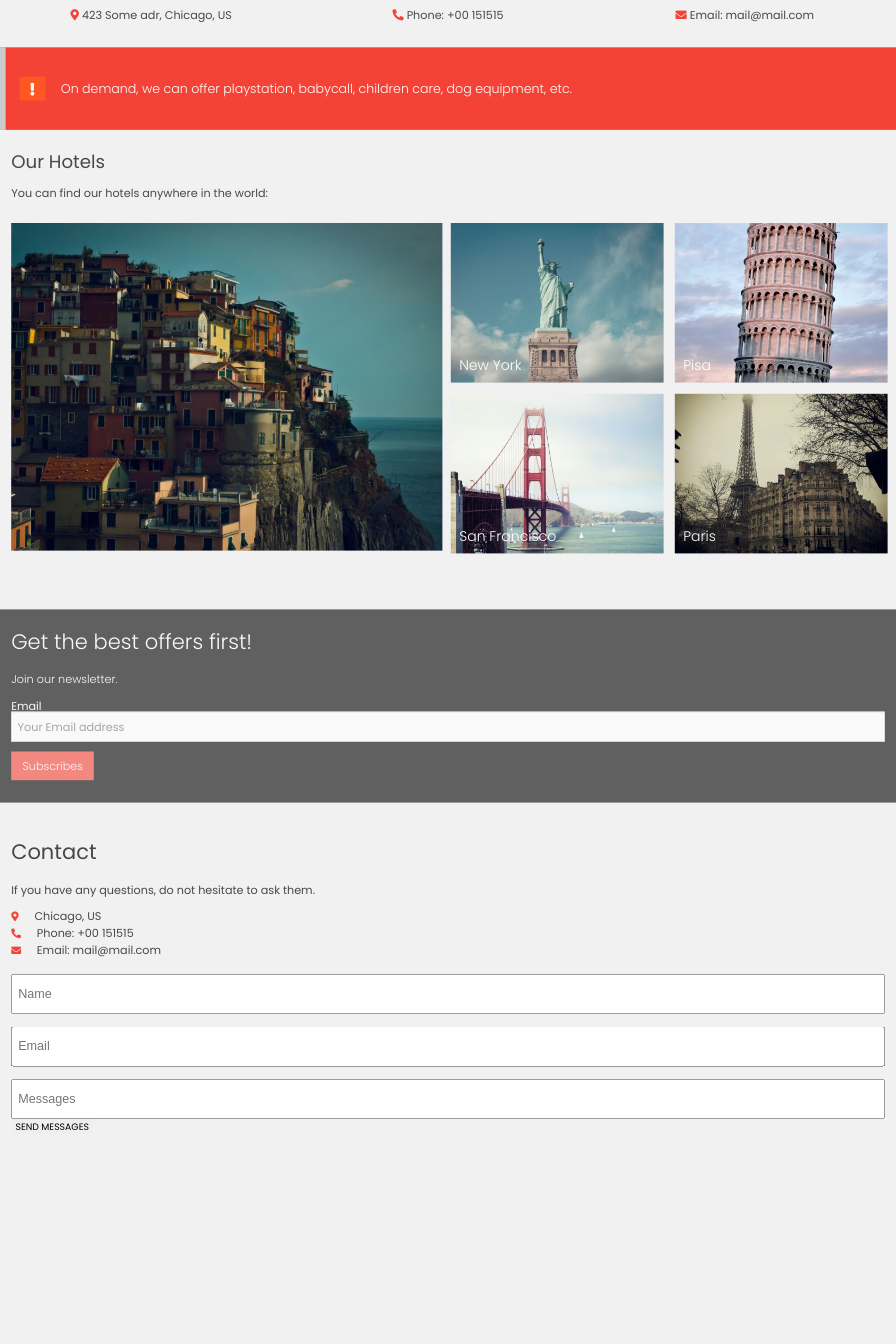
Repository: phamhuuloc/Travel_Template
Page: index.html
The author's editor kept a copy of each file at every save. The page is drawn from the files as they stood at one save, then again after the next save.
The browser window is 1280 px wide. The pictures show the part of the page from y = 2042 to 3962 px (the page is 3962 px tall), at 70% of full size.
The style sheet was rebuilt from its Sass, Less or Tailwind sources for each picture, by a compiler version that may differ from the author's.

Above is the page before, as saved 2021-09-18 19:57:49.

### index.html
<!DOCTYPE html>
<html lang="en">
  <head>
    <meta charset="UTF-8" />
    <meta http-equiv="X-UA-Compatible" content="IE=edge" />
    <meta name="viewport" content="width=device-width, initial-scale=1.0" />
    <title>Document</title>
    <!-- FONT AWESOME -->
    <link
      rel="stylesheet"
      href="https://cdnjs.cloudflare.com/ajax/libs/font-awesome/5.15.4/css/all.min.css"
      integrity="sha512-1ycn6IcaQQ40/MKBW2W4Rhis/DbILU74C1vSrLJxCq57o941Ym01SwNsOMqvEBFlcgUa6xLiPY/NS5R+E6ztJQ=="
      crossorigin="anonymous"
      referrerpolicy="no-referrer"
    />
    <!-- GOOGLE FONT -->
    <link
      href="https://fonts.googleapis.com/css2?family=Poppins:wght@50;300;400&display=swap"
      rel="stylesheet"
    />
    <!-- CSS -->
    <link rel="stylesheet" href="./assets/resets.css" />
    <link rel="stylesheet" href="./assets/grid.css" />
    <link rel="stylesheet" href="./assets/main.css" />
  </head>
  <body>
    <div class="grids">
      <header class="header">
        <div class="logo">
          <i class="fas fa-bed logo__icon"></i>
          Logo
        </div>
        <div class="header__menu">
          <ul class="header__menu-list">
            <li class="header__menu-item">Rooms</li>
            <li class="header__menu-item">About</li>
            <li class="header__menu-item">Contact</li>
          </ul>
          <button class="btn book-btn">Book Nows</button>
        </div>
      </header>
      <section class="intro">
        <img src="./assets/img/hotel.jpg" alt="" class="intro__img" />
        <form class="form-login">
          <div class="form-login__heading">
            <i class="fas fa-bed logo__icon intro-icon"></i>
            <h2 class="form-login__name">Hotel name</h2>
          </div>
          <div class="form-container">
            <div class="row">
              <div class="form__item col l-6">
                <label class="form__item-category">
                  <i class="far fa-calendar form__item-icon"></i>
                  Check Ins
                </label>
                <input
                  type="text"
                  class="form__item-input"
                  placeholder="DD MM YY"
                />
              </div>
              <div class="form__item col l-6">
                <label class="form__item-category">
                  <i class="far fa-calendar form__item-icon"></i>
                  Check Out
                </label>
                <input
                  type="text"
                  class="form__item-input"
                  placeholder="DD MM YY"
                />
              </div>
            </div>
            <div class="row">
              <div class="form__item col l-6">
                <label class="form__item-category">
                  <i class="fas fa-male form__item-icon"></i>
                  Adults
                </label>
                <input
                  type="number"
                  value="1"
                  min="1"
                  max="6"
                  class="form__item-input"
                />
              </div>
              <div class="form__item col l-6">
                <label class="form__item-category">
                  <i class="fas fa-child form__item-icon"></i>
                  Kids
                </label>
                <input
                  type="number"
                  value="0"
                  min="0"
                  max="6"
                  class="form__item-input"
                />
              </div>
            </div>
            <button class="search-btn">
              <i class="fas fa-search search-icon"></i>Search availability
            </button>
          </div>
        </form>
      </section>

      <section class="option-room">
        <div class="option-container">
          <h3 class="option-container__title">Rooms</h3>
          <span class="option-container__desc"
            >Make yourself at home is our slogan. We offer the best beds in the
            industry. Sleep well and rest well.</span
          >
          <!-- FORM LOGIN  -->
          <div class="form-container option-container__form">
            <div class="row">
              <div class="form__item col l-3">
                <label class="form__item-category">
                  <i class="far fa-calendar form__item-icon"></i>
                  Check Ins
                </label>
                <input
                  type="text"
                  class="form__item-input"
                  placeholder="DD MM YY"
                />
              </div>
              <div class="form__item col l-3">
                <label class="form__item-category">
                  <i class="far fa-calendar form__item-icon"></i>
                  Check Out
                </label>
                <input
                  type="text"
                  class="form__item-input"
                  placeholder="DD MM YY"
                />
              </div>
              <div class="form__item col l-2">
                <label class="form__item-category">
                  <i class="fas fa-male form__item-icon"></i>
                  Adults
                </label>
                <input
                  type="number"
                  value="1"
                  min="1"
                  max="6"
                  class="form__item-input"
                />
              </div>
              <div class="form__item col l-2">
                <label class="form__item-category">
                  <i class="fas fa-child form__item-icon"></i>
                  Kids
                </label>
                <input
                  type="number"
                  value="0"
                  min="0"
                  max="6"
                  class="form__item-input"
                />
              </div>
              <!-- BUTTON F0RM LOGIN -->
              <div class="form__item col l-2">
                <label class="form__item-category">
                  <i class="fas fa-search"></i> Search</label
                >
                <button class="search-btn search-btn--full">Search</button>
              </div>
            </div>
          </div>
          <div class="category-room">
            <ul class="category-room__list row">
              <li class="category-room__item col l-4">
                <img
                  src="./assets/img/room_single.jpg"
                  alt=""
                  class="category-room__img"
                />
                <div class="category-room__details">
                  <h3 class="category-room__title">Single Room</h3>
                  <span class="category-room__price">From $99</span>
                  <span class="category-room__charac">Single bed</span>
                  <span class="category-room__area">15m<sup>2</sup></span>
                  <span class="category-room__function">
                    <i class="fas fa-phone-alt"></i>
                    <i class="fas fa-wifi"></i>
                    <i class="fas fa-tv"></i>
                    <i class="fas fa-bath"></i>
                  </span>
                  <button class="btn btn-choose">Choose Room</button>
                </div>
              </li>
              <li class="category-room__item col l-4">
                <img
                  src="./assets/img/room_double.jpg"
                  alt=""
                  class="category-room__img"
                />
                <div class="category-room__details">
                  <h3 class="category-room__title">Double Room</h3>
                  <span class="category-room__price">From $99</span>
                  <span class="category-room__charac">Single bed</span>
                  <span class="category-room__area">25m<sup>2</sup></span>
                  <span class="category-room__function">
                    <i class="fas fa-phone-alt"></i>
                    <i class="fas fa-wifi"></i>
                    <i class="fas fa-tv"></i>
                    <i class="fas fa-bath"></i>
                  </span>
                  <button class="btn btn-choose">Choose Room</button>
                </div>
              </li>
              <li class="category-room__item col l-4">
                <img
                  src="./assets/img/room_deluxe.jpg"
                  alt=""
                  class="category-room__img"
                />
                <div class="category-room__details">
                  <h3 class="category-room__title">Deluxe Room</h3>
                  <span class="category-room__price">From $99</span>
                  <span class="category-room__charac">Single bed</span>
                  <span class="category-room__area">40m<sup>2</sup></span>
                  <span class="category-room__function">
                    <i class="fas fa-phone-alt"></i>
                    <i class="fas fa-wifi"></i>
                    <i class="fas fa-tv"></i>
                    <i class="fas fa-bath"></i>
                  </span>
                  <button class="btn btn-choose">Choose Room</button>
                </div>
              </li>
            </ul>
          </div>
        </div>
      </section>
      <section class="local">
        <div class="row">
          <div class="local__container col l-4">
            <h4 class="local__title">About</h4>
            <p class="local__detail">
              Our hotel is one of a kind. It is truely amazing. Lorem ipsum
              dolor sit amet, consectetur adipiscing elit, sed do eiusmod tempor
              incididunt ut labore et dolore magna aliqua. Ut enim ad minim
              veniam, quis nostrud exercitation ullamco laboris nisi ut aliquip
              ex ea commodo consequat. Duis aute irure dolor in reprehenderit in
              voluptate velit esse cillum dolore eu fugiat nulla pariatur.
              Excepteur sint occaecat cupidatat non proident, sunt in culpa qui
              officia deserunt mollit anim id est laborum consectetur adipiscing
              elit, sed do eiusmod tempor incididunt ut labore et dolore magna
              aliqua. Ut enim ad minim veniam.
            </p>
            <p class="local__payment-methods">
              We accept:
              <i class="fab fa-cc-paypal local__payment-icon"></i>
              <i class="fab fa-cc-amex local__payment-icon"></i>
            </p>
          </div>
          <img src="./assets/img/map.jpg" alt="" class="col l-8 local__img" />
        </div>
        <div class="local__contact row">
          <div class="local__contact-item col l-4">
            <i class="fas fa-map-marker-alt local__contact-icon"></i>
            423 Some adr, Chicago, US
          </div>
          <div class="local__contact-item col l-4">
            <i class="fas fa-phone-alt local__contact-icon"></i>
            Phone: +00 151515
          </div>
          <div class="local__contact-item col l-4">
            <i class="fas fa-envelope local__contact-icon"></i>
            Email: mail@mail.com
          </div>
        </div>
      </section>
      <div class="demand">
        <i class="fas fa-exclamation demand__icon"></i>
        <p class="demand__desc">
          On demand, we can offer playstation, babycall, children care, dog
          equipment, etc.
        </p>
      </div>
      <section class="our-hotels">
        <h3 class="our-hotels__title">Our Hotels</h3>
        <p class="our-hotels__desc">
          You can find our hotels anywhere in the world:
        </p>
        <div class="row sm-gutter">
          <div class="col l-6">
            <img
              src="./assets/img/cinqueterre.jpg"
              alt=""
              class="our-hotel__img"
            />
          </div>
          <div class="col l-6">
            <div class="our-hotel__extend">
              <div class="row our-hotels__extend-item">
                <div class="our-hotels__container col l-6">
                  <img src="./assets/img/newyork2.jpg" alt="" class="" />
                  <span class="our-hotels__container-name">New York</span>
                </div>
                <div class="our-hotels__container col l-6">
                  <img src="./assets/img/pisa.jpg" alt="" class="" />
                  <span class="our-hotels__container-name">Pisa</span>
                </div>
              </div>
              <div class="row our-hotels__extend-item">
                <div class="our-hotels__container col l-6">
                  <img src="./assets/img/sanfran.jpg" alt="" class="" />
                  <span class="our-hotels__container-name">San Francisco</span>
                </div>
                <div class="our-hotels__container col l-6">
                  <img src="./assets/img/paris.jpg" alt="" class="" />
                  <span class="our-hotels__container-name">Paris</span>
                </div>
              </div>
            </div>
          </div>
        </div>
      </section>
      <section class="offers">
        <h3 class="offers__title">Get the best offers first!</h3>
        <p class="offers__desc">Join our newsletter.</p>
        <label for="" class="offers__email">Email</label>
        <input
          type="text"
          class="offers__input"
          placeholder="Your Email address"
        />
        <button type="button" class="btn btn-subs">Subscribes</button>
      </section>
      <section class="contact">
        <h3 class="contact__title">Contact</h3>
        <p class="contact__desc">
          If you have any questions, do not hesitate to ask them.
        </p>
        <i class="fas fa-map-marker-alt contact__icon"></i>
        <span class="contact__content"> Chicago, US</span>
        <br />
        <i class="fas fa-phone-alt contact__icon"></i>
        <span class="contact__content"> Phone: +00 151515</span>
        <br />
        <i class="fas fa-envelope contact__icon"></i>
        <span class="contact__content"> Email: mail@mail.com</span>
        <form action="" class="contact-form">
          <p>
            <input type="text" class="contact__form-input" placeholder="Name" />
          </p>
          <p>
            <input
              type="text"
              class="contact__form-input"
              placeholder="Email"
            />
          </p>
          <p>
            <input
              type="text"
              class="contact__form-input"
              placeholder="Messages"
            />
          </p>
          <button class="btn send-btn">SEND MESSAGES</button>
        </form>
      </section>
    </div>
  </body>
</html>

### assets/main.scss
$primary-color: #f44336;
$secondary-color: #0000;
$text-color: #484848;
$hover-color: #ccc;

@mixin flex($align: center, $justify: space-between) {
  display: flex;
  align-items: $align;
  justify-content: $justify;
}
* {
  box-sizing: border-box;
}
html {
  font-size: 62.5%;
}
body {
  background-color: #f1f1f1;
  font-family: "Poppins", sans-serif;
  margin-bottom: 30rem;
}
ul {
  list-style: none;
}
img {
  display: block;
  width: 100%;
}
a {
  text-decoration: none;
}
sup {
  font-size: 75%;
  position: relative;
  line-height: 0;
  top: -0.5em;
  vertical-align: baseline;
}
.btn {
  display: inline-block;
  font-family: "Poppins", sans-serif;
  @include flex(center, center);
  height: inherit;
  outline: none;
  cursor: pointer;
  border: 0;
}
.btn:hover {
  background-color: $hover-color;
  color: #000;
}

//HEADER
.header {
  display: flex;
  align-items: center;
  height: 4.4rem;
  background-color: white;
  font-size: 2rem;

  .logo {
    background-color: $primary-color;
    height: 100%;
    cursor: pointer;
    color: white;
    @include flex();
    padding: 1.4rem 1.8rem;

    &__icon {
      margin-right: 2rem;
    }
  }
  .logo:hover {
    background-color: $hover-color;
    color: $text-color;
  }
  &__menu {
    display: flex;
    @include flex();
    height: 100%;
    width: 100%;
    &-list {
      @include flex();
      height: 100%;
    }
    &-item {
      @include flex();
      padding: 0 2rem;
      height: 100%;
      cursor: pointer;
      color: $text-color;
      &:hover {
        background-color: #ccc;
      }
    }
  }
  .book-btn {
    background-color: #f1f1f1;
    padding: 1.4rem 1.6rem;
    color: $text-color;
    font-size: 2rem;
  }
  .book-btn:hover {
    background-color: #ccc;
    cursor: pointer;
  }
}
// SECTION INTRO
.intro {
  position: relative;
  margin-bottom: 3.8rem;
  &-icon {
    padding: 0 1.8rem;
  }
  .form-login {
    width: 64.4rem;
    position: absolute;
    top: 50%;
    left: 2rem;
    background-color: #fff;
    transform: translateY(-50%);

    &__heading {
      display: flex;
      align-items: center;

      width: 100%;
      height: 6.4rem;
      background-color: $primary-color;
      color: white;
      font-size: 3rem;
    }
  }
}
.form-container {
  padding: 1.6rem;
  .search-btn {
    font-family: "Poppins", sans-serif;
    padding: 1rem 1.6rem;
    margin-top: 8px;
    border: 0;

    outline: none;
    cursor: pointer;

    background-color: #616161;
    font-size: 1.5rem;
    color: white;
  }
  .search-btn--full {
    width: 100%;
    margin: 0;
    background-color: #000;
    color: white;
    padding: 6px 0;
  }
  .search-btn:hover {
    background-color: #ccc;
    color: $text-color;
  }
  .search-icon {
    padding-right: 2rem;
  }
}
.form__item {
  display: flex;
  flex-direction: column;
  margin-bottom: 1.6rem;
  &-category {
    font-size: 1.6rem;
    margin-bottom: 4px;
    color: $text-color;
  }
  &-input {
    padding: 1rem;
    border: 1px solid #dedede;
  }
}
.option-container {
  padding: 1.6rem;
  margin-bottom: 2rem;
  &__title {
    font-size: 2.2rem;
    margin-bottom: 3rem;
    color: $text-color;
  }
  &__desc {
    display: block;
    font-size: 1.6rem;
    margin-bottom: 2rem;
    color: $text-color;
  }
  &__form {
    padding: 1.6rem 0;
  }
}
.category-room {
  &__details {
    padding: 1.8rem;
    display: flex;
    flex-direction: column;
    background-color: white;
  }
  &__title {
    font-size: 2.6rem;
    margin-bottom: 2rem;
    color: #484848;
  }
  &__price {
    font-size: 1.6rem;
    color: #999;
    margin-bottom: 2rem;
  }
  &__charac {
    font-size: 1.4rem;
    margin-bottom: 2rem;
  }
  &__area {
    font-size: 1.6rem;
    margin-bottom: 2.8rem;
  }
  &__function {
    font-size: 1.4rem;
    margin-bottom: 2rem;
  }
  .btn-choose {
    padding: 1.2rem 0;
    background-color: #000;
    color: white;
    font-size: 1.4rem;
  }
  .btn-choose:hover {
    background-color: $hover-color;
    color: $text-color;
  }
}
.local {
  padding: 0 1.6rem;
  &__title {
    font-size: 2.6rem;
    margin-top: 2.2rem;
    margin-bottom: 2rem;
    color: $text-color;
  }
  &__detail {
    font-size: 1.6rem;
    line-height: 1.6;
    margin-bottom: 2.4rem;
    color: $text-color;
  }
  &__payment-methods {
    font-size: 1.6rem;
    color: $text-color;
  }
  &__payment-icon {
    font-size: 1.8rem;
    margin: 0 2px;
  }
  &__img {
    filter: grayscale(75%);
  }
  &__contact {
    padding: 3.8rem 0;
    &-icon {
      color: $primary-color;
      font-size: 1.6rem;
    }
    &-item {
      text-align: center;
      font-size: 1.6rem;
      color: $text-color;
    }
  }
}
.demand {
  padding: 4.2rem 0 4.2rem 2rem;
  background-color: $primary-color;
  border-left: 8px solid #ccc;
  @include flex(center, none);
  margin-bottom: 3.2rem;
  &__icon {
    color: white;
    font-size: 1.8rem;
    padding: 8px 15px;
    background-color: #ff5722;
    margin-right: 2.2rem;
  }
  &__desc {
    font-size: 1.8rem;
    color: white;
    font-weight: 350;
  }
}
.our-hotels {
  padding: 0 1.6rem;
  margin-bottom: 6.4rem;
  &__title {
    font-size: 2.6rem;
    color: $text-color;
    margin-bottom: 2.5rem;
  }
  &__desc {
    display: block;
    margin-bottom: 3.4rem;
    color: $text-color;
    font-size: 1.6rem;
  }
  &__extend {
    &-item {
      margin-bottom: 16px;
    }
  }
  &__container {
    position: relative;
    &-name {
      position: absolute;
      left: 0;
      bottom: 0;

      padding: 1.5rem 2rem;
      font-size: 2rem;
      font-weight: 350;
      color: white;
    }
  }
}
.offers {
  background-color: #000;
  padding: 3.2rem 1.6rem;
  opacity: 0.6;
  &:hover {
    opacity: 1;
  }
  &__title {
    color: white;
    font-size: 3rem;
    font-weight: 350;
    margin-bottom: 3rem;
  }
  &__desc {
    color: white;
    font-size: 1.6rem;
    font-weight: 350;
    margin-bottom: 2.2rem;
  }
  &__email {
    color: white;
    font-size: 1.6rem;
  }
  &__input {
    font-family: "Poppins", sans-serif;
    border: 1px solid #ccc;
    display: block;
    width: 100%;
    padding: 8px;
    font-size: 1.6rem;
    margin-bottom: 1.4rem;
  }
  .btn-subs {
    background-color: $primary-color;
    padding: 0.8rem 1.6rem;
    color: white;
    font-size: 1.6rem;
    font-weight: 350;
  }
  .btn-subs:hover {
    background-color: $hover-color;
    color: $text-color;
  }
}
.contact {
  margin-top: 5.5rem;
  padding: 0 1.6rem;
  &__title {
    font-size: 3rem;
    color: $text-color;
    margin-bottom: 3.2rem;
  }
  &__desc {
    font-size: 1.6rem;
    color: $text-color;
    margin-bottom: 2.2rem;
  }
  &__icon {
    color: $primary-color;
    font-size: 1.4rem;
    margin-right: 2rem;
    margin-bottom: 9px;
  }
  &__content {
    font-size: 1.6rem;
    color: $text-color;
  }
  &__form {
    &-input {
      padding: 1.6rem 0.8rem;
      width: 100%;
      font-size: 1.8rem;
      font-weight: 350;
      color: $text-color;
      margin-top: 1.8rem;
    }
  }
}

Loaded but not shown: assets/resets.css (common file); assets/grid.css (430 lines, source omitted)

After the next save:
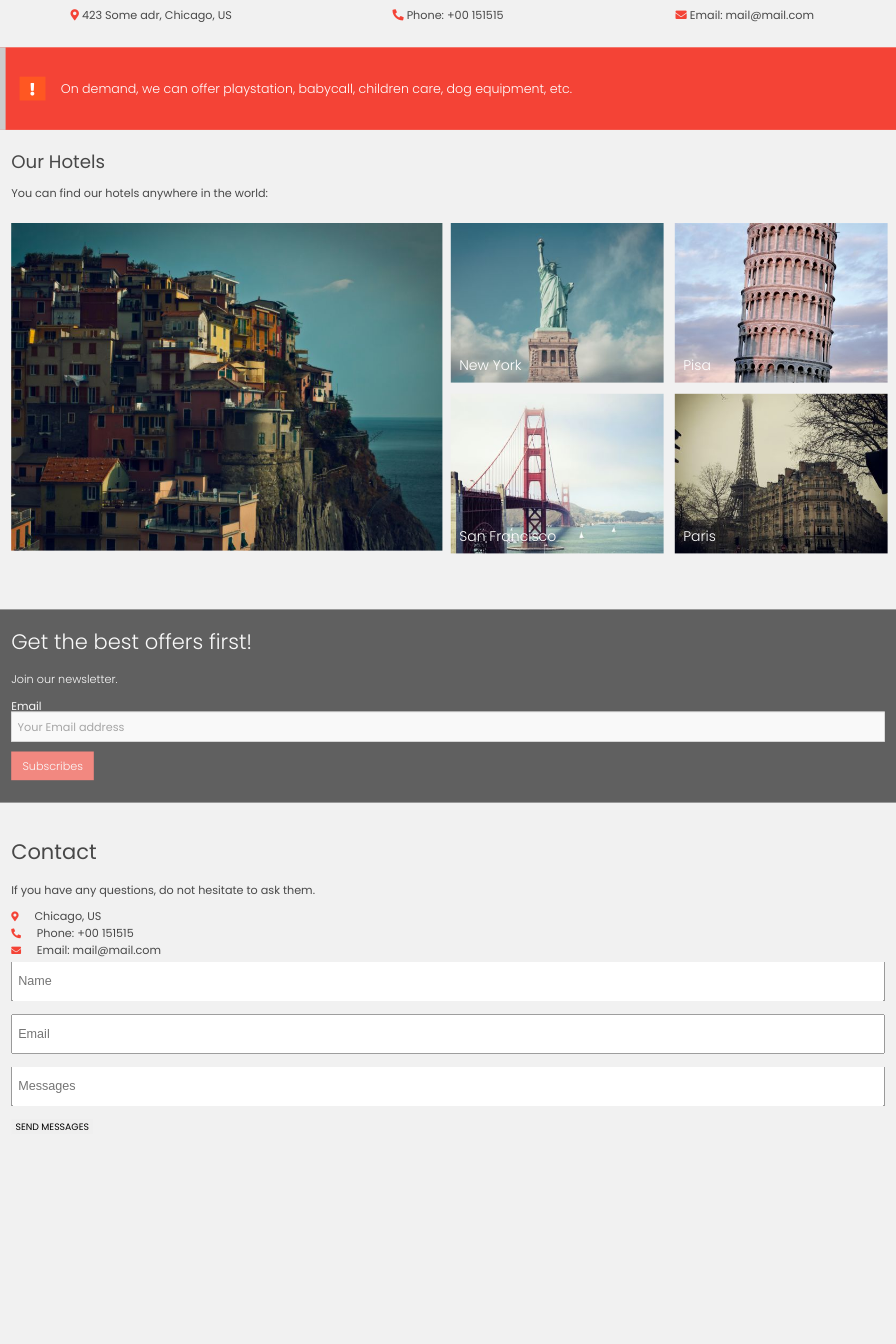
Saved 36 s later.
--- a/assets/main.scss
+++ b/assets/main.scss
@@ -398,7 +398,7 @@ sup {
       font-size: 1.8rem;
       font-weight: 350;
       color: $text-color;
-      margin-top: 1.8rem;
-    }
-  }
-}
+      margin-bottom: 1.8rem;
+    }
+  }
+}
